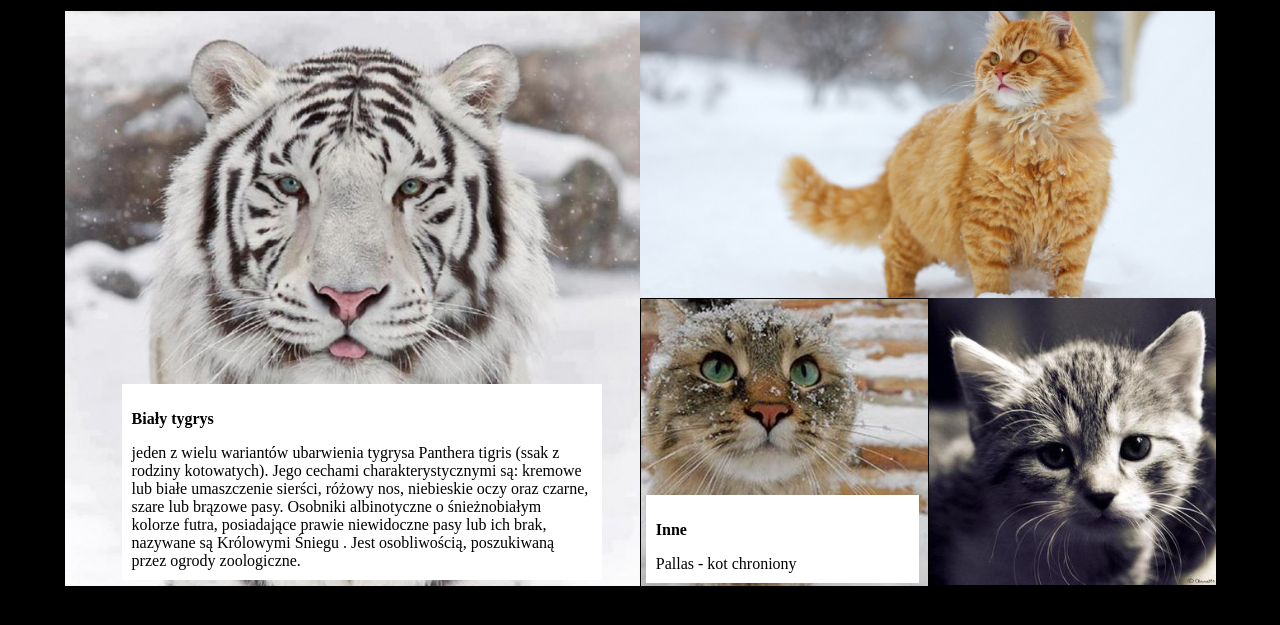
Repository: niebezsensu/Info-Folder
Page: index.html
The author's editor kept a record of every edit. The page is drawn from the files as they stood at one moment, then again after the next edit.
The browser window is 1280 px wide. The pictures show the whole page.
Pictures or frames that could not be fetched are drawn as grey boxes.

Above is the page before.

### index.html
<html>

<head>
    <meta charset="utf-8">
    <title>Multimedia - Quiz</title>
    <link rel="stylesheet" href="css/folder.css" type="text/css" />

</head>

<body>
    <script src="js/jquery-2.1.3.min.js"></script>
    <script src="js/folder.js"></script>
</body>
<div class="container visible">
    <div class="first-spot">
        <div class="box">

        </div>
        <div class="hidden-box">

        </div>
        <div class="content">
            <p><b>Biały tygrys</b></p>
            <span>jeden z wielu wariantów ubarwienia tygrysa Panthera tigris (ssak z rodziny kotowatych). Jego cechami charakterystycznymi są: kremowe lub białe umaszczenie sierści, różowy nos, niebieskie oczy oraz czarne, szare lub brązowe pasy. Osobniki albinotyczne o śnieżnobiałym kolorze futra, posiadające prawie niewidoczne pasy lub ich brak, nazywane są Królowymi Śniegu . Jest osobliwością, poszukiwaną przez ogrody zoologiczne.</span>
        </div>
    </div>
    <div class="second-spot">
        <div class="box">

        </div>
        <div class="hidden-box">

        </div>
        <div class="content">
            <p><b>Kot syberyjski</b></p>
            <span> rasa kota, zaliczana do ras półdługowłosych, pochodząca z Syberii. Zarejestrowana w FIFe dopiero w 1998 roku. Panuje przekonanie, że koty tej rasy nie uczulają ludzi tak jak koty innych ras, ponieważ ich ślina zawiera mniej białka fel d1.</span>
        </div>
    </div>
    <div class="third-spot">
        <div class="box">

        </div>
        <div class="hidden-box">

        </div>
        <div class="content">
            <p><b>Kotek</b></p>
            <span>Słodkie kociaki</span>
        </div>
    </div>
    <div class="fourth-spot">
        <div class="box">

        </div>
        <div class="hidden-box">

        </div>
        <div class="content">
            <p><b>Inne</b></p>
            <span>Pallas - kot chroniony</span>
        </div>
    </div>
    <div id="first-slider"></div>
    <div id="first-slider-content">
        <p><b>Biały tygrys</b></p>
        <span>W naturze tygrysy te żyją jedynie w subtropikalnych lasach Bengalu, w północno-wschodnich Indiach. Nie są one jednak innymi podgatunkami, lecz wariantami kolorystycznymi żyjącego tam podgatunku (Panthera tigris tigris). Rzadziej białe osobniki występują u tygrysa amurskiego (Panthera tigris altaica). Wszystkie białe koty trzymane w ogrodach zoologicznych pochodzą od jednego ojca o imieniu Mohman, którego schwytano w 1820 roku. Rodzicami białych tygrysów mogą być także dwa normalnie ubarwione koty. Jest to jednak możliwe tylko wtedy, jeśli co najmniej jeden[potrzebne źródło] z nich jest nosicielem upośledzonego genu, odpowiedzialnego za wytwarzanie odpowiedniej ilości melaniny.</span>
    </div>
    <div id="second-slider"></div>
    <div id="second-slider-content">
        <p><b>Kot syberyjski</b></p>
        <span>Kot syberyjski to przedstawiciel jednej z naturalnych ras półdługowłosych. Oznacza to, że jego ewolucja przebiegała bez udziału człowieka. Początki rasy datuje się na XVII w., choć niektóre źródła podają nawet XI w. Pochodzi z Syberii i dlatego jest jednym z najczęściej występujących kotów domowych w Rosji. Kot ten został upowszechniony poza Rosją stosunkowo niedawno, na Zachodzie dopiero po upadku ZSRR. </span>
    </div>
    <div id="third-slider"></div>
    <div id="third-slider-content">
        <p><b>Kotek</b></p>
        <span>Słodkie kociaki</span>
    </div>
    <div id="fourth-slider"></div>
    <div id="fourth-slider-content">
        <p><b>Inne koty</b></p>
        <span>Pallas - kot chroniony</span>
    </div>
    <audio id="audio1" src="/audio/mendelssohn_op25_lf_01_molt_etc.mp3"></audio>
    <audio id="audio2" src="/audio/Beethoven.mp3"></audio>
    <audio id="audio3" src="/audio/Mozart.mp3"></audio>
    <audio id="audio4" src="/audio/vivaldi.mp3"></audio>
</div>

</html>

### css/folder.css
html {
    background-color: black;
}

.container{
    width: 1400px;
    height: 700px;
    margin: 10px auto;
    background-color: grey;
    overflow:hidden;
    position: relative;
    cursor: pointer;
}

.first-spot{
    width: 50%;
    height: 100%;

    overflow:hidden;
    float: left;
    position:relative;
}
.first-spot .box{
    border: 1px solid black;
    display:none;
    position:absolute;
    left: 0px;
    width: 100%;
    height: 100%;
    background-image: url("/images/white-siberian.jpg");
    background-size: 100% 100%;
}

.first-spot .hidden-box{
    border: 1px solid black;
    position:absolute;
    left: 0px;
    width: 100%;
    height: 100%;
    background-image: url("/images/white-siberian.jpg");
    background-size: 100% 100%;
    opacity: 0.3;
}

.first-spot .content{
    display:none;
    position: absolute;
    width: 80%;
    bottom: 1%;
    left: 10%;
    background-color: white;
    padding: 10px;
}


.second-spot{
    width: 50%;
    height: 50%;

    float: right;

    overflow:hidden;
    position:relative;
}

.second-spot .box{
    position:absolute;
    right: 0px;
    width: 100%;
    height: 100%;
    background-image: url("/images/red-siberian.jpg");
    background-size: 100% 100%;
    border: 1px solid black;
}

.second-spot .hidden-box{
    position:absolute;
    right: 0px;
    width: 100%;
    height: 100%;
    background-image: url("/images/red-siberian.jpg");
    background-size: 100% 100%;
    border: 1px solid black;
    opacity: 0.3;
}

.second-spot .content{
    display:none;
    position: absolute;
    width: 32%;
    top: 2%;
    left: 1%;
    background-color: white;
    padding: 10px;
}

.third-spot{
    width: 25%;
    height: 50%;

    float: right;

    overflow:hidden;
    position:relative;

}

.third-spot .box{
    border: 1px solid black;
    display:none;
    position:absolute;
    bottom: 0px;
    width: 100%;
    height: 100%;
    background-image: url("/images/small-cat.jpeg");
    background-size: 100% 100%;
}

.third-spot .hidden-box{
    border: 1px solid black;
    position:absolute;
    bottom: 0px;
    width: 100%;
    height: 100%;
    background-image: url("/images/small-cat.jpeg");
    background-size: 100% 100%;
    opacity: 0.3;
}

.third-spot .content{
    position: absolute;
    width: 19%;
    bottom: 3%;
    left: 3%;
    background-color: white;
    padding: 10px;
    display:none;
}


.fourth-spot{
    width: 25%;
    height: 50%;

    float: right;

    overflow:hidden;
    position:relative;
}

.fourth-spot .box{

    position:absolute;
    left: 0px;
    width: 100%;
    height: 100%;
    background-image: url("/images/snow-cat.jpg");
    background-size: 100% 100%;
    border: 1px solid black;
}

.fourth-spot .hidden-box{
    position:absolute;
    left: 0px;
    width: 100%;
    height: 100%;
    background-image: url("/images/snow-cat.jpg");
    background-size: 100% 100%;
    border: 1px solid black;
    opacity: 0.3;
}

.fourth-spot .content{

    position: absolute;
    width: 88%;
    bottom: 1%;
    left: 2%;
    background-color: white;
    padding: 10px;
    display:none;
}

.hidden div{
    opacity: 0.5;
}

#first-slider{
    right: 0px;
    display:none;
    position: absolute;
    width: 100%;
    height: 100%;
    background-image: url("/images/tigers.jpg");
    background-size: 100% 100%;
}
#first-slider-content{
    top: 70%;
    right: 0px;
    display:none;
    position: absolute;
    width: 100%;
    height: 150px;
    background-color: white;
}
#second-slider{
    right: 0px;
    display:none;
    position: absolute;
    width: 100%;
    height: 100%;
    background-image: url("/images/siberians.jpg");
    background-size: 100% 100%;
}
#second-slider-content{
    top: 70%;
    right: 0px;
    display:none;
    position: absolute;
    width: 100%;
    height: 115px;
    background-color: white;
}
#third-slider{
    right: 0px;
    display:none;
    position: absolute;
    width: 100%;
    height: 100%;
    background-image: url("/images/kittens.jpg");
    background-size: 100% 100%;
}
#third-slider-content{
    top: 70%;
    right: 0px;
    display:none;
    position: absolute;
    width: 100%;
    height: 100px;
    background-color: white;
}
#fourth-slider{
    right: 0px;
    display:none;
    position: absolute;
    width: 100%;
    height: 100%;
    background-image: url("/images/Pallas_cat.JPG");
    background-size: 100% 100%;
}
#fourth-slider-content{
    top: 70%;
    right: 0px;
    display:none;
    position: absolute;
    width: 100%;
    height: 100px;
    background-color: white;
}

### js/folder.js
$(document).ready(function() {

    $(window).on('resize', function() {
        var pageHeight = $(window).height();
        var pageWidth = $(window).width();
        if (pageWidth > 2000) {
            pageWidth = 2000;
        }
        $('.container').css('width', pageWidth * 9 / 10)
        $('.container').css('height', (pageWidth / 2) * 9 / 10)
    });
    var pageHeight = $(window).height();
    var pageWidth = $(window).width();
    if (pageWidth > 2000) {
        pageWidth = 2000;
    }
    $('.container').css('width', pageWidth * 9 / 10)
    $('.container').css('height', (pageWidth / 2) * 9 / 10)


    var sliderRight = $('.container').width();
    $('#first-slider').css('right', sliderRight);
    $('#first-slider').show();
    $('#first-slider-content').css('right', sliderRight);
    $('#second-slider').css('right', sliderRight);
    $('#second-slider').show();
    $('#second-slider-content').css('right', sliderRight);
    $('#third-slider').css('right', sliderRight);
    $('#third-slider').show();
    $('#third-slider-content').css('right', sliderRight);
    $('#fourth-slider').css('right', sliderRight);
    $('#fourth-slider').show();
    $('#fourth-slider-content').css('right', sliderRight);

    var firstSpotBoxRight = $(".first-spot").width();
    $(".first-spot .box").css('left', firstSpotBoxRight);
    $(".first-spot .box").show();
    $(".first-spot .box").animate({
        left: 0
    }, 200, "linear", function() {});

    $('.first-spot .content').toggle(1000);

    var secondSpotBoxTop = $(".second-spot").width();
    $(".second-spot .box").css('right', secondSpotBoxTop);
    $(".second-spot .box").show();
    $(".second-spot .box").animate({
        right: 0
    }, 200, "linear", function() {});

    $('.second-spot .content').toggle(1000);

    var thirdSpotBoxTop = $(".third-spot").width();
    $(".third-spot .box").css('bottom', thirdSpotBoxTop);
    $(".third-spot .box").show();
    $(".third-spot .box").animate({
        bottom: 0
    }, 200, "linear", function() {});

    $('.second-spot .content').toggle(1000);

    var fourthSpotBoxTop = $(".fourth-spot").width();
    $(".fourth-spot .box").css('left', fourthSpotBoxTop);
    $(".fourth-spot .box").show();
    $(".fourth-spot .box").animate({
        left: 0
    }, 200, "linear", function() {});

    $('.fourth-spot .content').toggle(1000);



    $(".first-spot").on('click', function() {
        $("#first-slider").animate({
            right: 0
        }, 500, "linear", function() {
            $(".first-spot .box").css('left', firstSpotBoxRight);
            $(".second-spot .box").css('right', secondSpotBoxTop);
            $(".third-spot .box").css('bottom', thirdSpotBoxTop);
            $(".fourth-spot .box").css('left', fourthSpotBoxTop);
            $('.first-spot .content').toggle(300);
            $('.second-spot .content').toggle(300);
            $('.third-spot .content').toggle(300);
            $('.fourth-spot .content').toggle(300);

            $('#audio1').get(0).play();
        });

        $('#first-slider-content').show();
        $('#first-slider-content').animate({
            right: 0
        }, 1000, "linear", function() {
        });
    });

    $(".second-spot").on('click', function() {
        $("#second-slider").animate({
            right: 0
        }, 500, "linear", function() {
            $(".first-spot .box").css('left', firstSpotBoxRight);
            $(".second-spot .box").css('right', secondSpotBoxTop);
            $(".third-spot .box").css('bottom', thirdSpotBoxTop);
            $(".fourth-spot .box").css('left', fourthSpotBoxTop);
            $('.first-spot .content').toggle(300);
            $('.second-spot .content').toggle(300);
            $('.third-spot .content').toggle(300);
            $('.fourth-spot .content').toggle(300);

            $('#audio3').get(0).play();
        });

        $('#second-slider-content').show();
        $('#second-slider-content').animate({
            right: 0
        }, 1000, "linear", function() {
        });
    });

    $(".third-spot").on('click', function() {
        $("#third-slider").animate({
            right: 0
        }, 500, "linear", function() {
            $(".first-spot .box").css('left', firstSpotBoxRight);
            $(".second-spot .box").css('right', secondSpotBoxTop);
            $(".third-spot .box").css('bottom', thirdSpotBoxTop);
            $(".fourth-spot .box").css('left', fourthSpotBoxTop);
            $('.first-spot .content').toggle(300);
            $('.second-spot .content').toggle(300);
            $('.third-spot .content').toggle(300);
            $('.fourth-spot .content').toggle(300);

            $('#audio4').get(0).play();
        });

        $('#third-slider-content').show();
        $('#third-slider-content').animate({
            right: 0
        }, 1000, "linear", function() {
        });
    });

    $(".fourth-spot").on('click', function() {
        $("#fourth-slider").animate({
            right: 0
        }, 500, "linear", function() {
            $(".first-spot .box").css('left', firstSpotBoxRight);
            $(".second-spot .box").css('right', secondSpotBoxTop);
            $(".third-spot .box").css('bottom', thirdSpotBoxTop);
            $(".fourth-spot .box").css('left', fourthSpotBoxTop);
            $('.first-spot .content').toggle(300);
            $('.second-spot .content').toggle(300);
            $('.third-spot .content').toggle(300);
            $('.fourth-spot .content').toggle(300);

            $('#audio2').get(0).play();
        });

        $('#fourth-slider-content').show();
        $('#fourth-slider-content').animate({
            right: 0
        }, 1000, "linear", function() {
        });
    });


    $("#first-slider").on('click', function() {
        $('#first-slider').css('right', sliderRight);
        $('#first-slider-content').css('right', sliderRight);
        $('#first-slider-content').hide();

        $(".first-spot .box").animate({
            left: 0
        }, 200, "linear", function() {});
        $(".second-spot .box").animate({
            right: 0
        }, 200, "linear", function() {});
        $(".third-spot .box").animate({
            bottom: 0
        }, 200, "linear", function() {});
        $(".fourth-spot .box").animate({
            left: 0
        }, 200, "linear", function() {});

        $('.first-spot .content').toggle(300);
        $('.second-spot .content').toggle(300);
        $('.third-spot .content').toggle(300);
        $('.fourth-spot .content').toggle(300);

        $('#audio1').get(0).pause();
        $('#audio1').get(0).currentTime = 0;
    });

    $("#second-slider").on('click', function() {
        $('#second-slider').css('right', sliderRight);
        $('#second-slider-content').css('right', sliderRight);
        $('#second-slider-content').hide();

        $(".first-spot .box").animate({
            left: 0
        }, 200, "linear", function() {});
        $(".second-spot .box").animate({
            right: 0
        }, 200, "linear", function() {});
        $(".third-spot .box").animate({
            bottom: 0
        }, 200, "linear", function() {});
        $(".fourth-spot .box").animate({
            left: 0
        }, 200, "linear", function() {});

        $('.first-spot .content').toggle(300);
        $('.second-spot .content').toggle(300);
        $('.third-spot .content').toggle(300);
        $('.fourth-spot .content').toggle(300);

        $('#audio3').get(0).pause();
        $('#audio3').get(0).currentTime = 0;
    });

    $("#third-slider").on('click', function() {
        $('#third-slider').css('right', sliderRight);
        $('#third-slider-content').css('right', sliderRight);
        $('#third-slider-content').hide();


        $(".first-spot .box").animate({
            left: 0
        }, 200, "linear", function() {});
        $(".second-spot .box").animate({
            right: 0
        }, 200, "linear", function() {});
        $(".third-spot .box").animate({
            bottom: 0
        }, 200, "linear", function() {});
        $(".fourth-spot .box").animate({
            left: 0
        }, 200, "linear", function() {});

        $('.first-spot .content').toggle(300);
        $('.second-spot .content').toggle(300);
        $('.third-spot .content').toggle(300);
        $('.fourth-spot .content').toggle(300);

        $('#audio4').get(0).pause();
        $('#audio4').get(0).currentTime = 0;
    });

    $("#fourth-slider").on('click', function() {
        $('#fourth-slider').css('right', sliderRight);
        $('#fourth-slider-content').css('right', sliderRight);
        $('#fourth-slider-content').hide();


        $(".first-spot .box").animate({
            left: 0
        }, 200, "linear", function() {});
        $(".second-spot .box").animate({
            right: 0
        }, 200, "linear", function() {});
        $(".third-spot .box").animate({
            bottom: 0
        }, 200, "linear", function() {});
        $(".fourth-spot .box").animate({
            left: 0
        }, 200, "linear", function() {});

        $('.first-spot .content').toggle(300);
        $('.second-spot .content').toggle(300);
        $('.third-spot .content').toggle(300);
        $('.fourth-spot .content').toggle(300);

        $('#audio2').get(0).pause();
        $('#audio2').get(0).currentTime = 0;
    });
});

Loaded but not shown: js/jquery-2.1.3.min.js (library)

After the next edit:
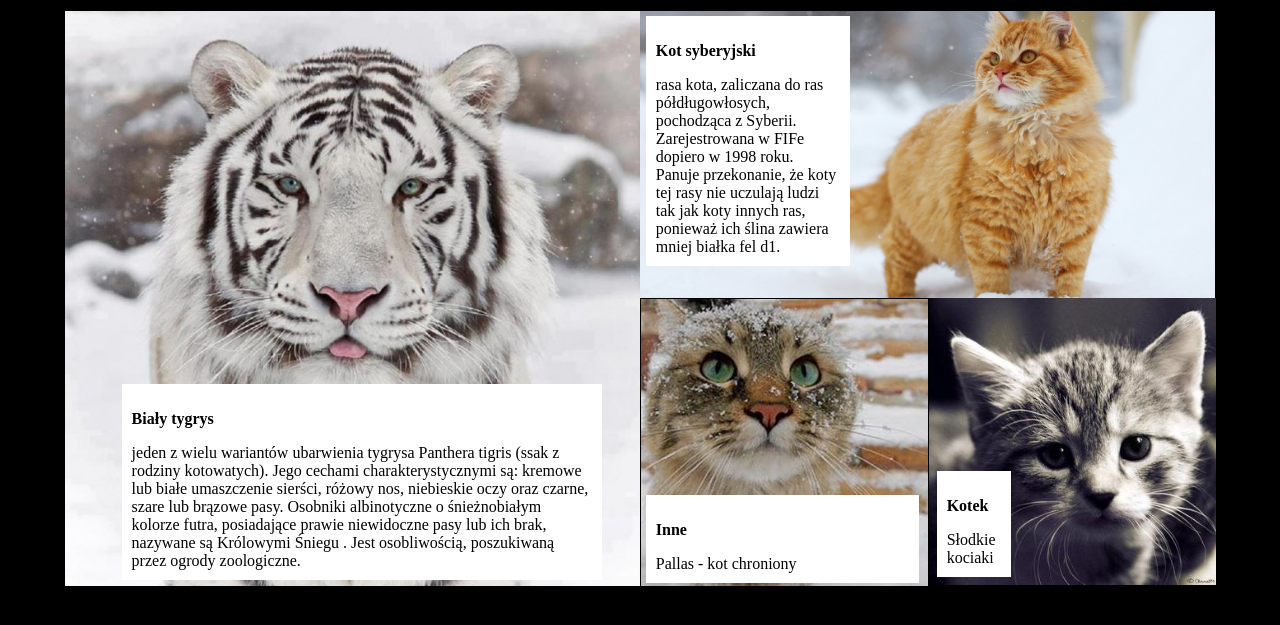
The edit:
--- a/js/folder.js
+++ b/js/folder.js
@@ -57,7 +57,7 @@
         bottom: 0
     }, 200, "linear", function() {});
 
-    $('.second-spot .content').toggle(1000);
+    $('.third-spot .content').toggle(1000);
 
     var fourthSpotBoxTop = $(".fourth-spot").width();
     $(".fourth-spot .box").css('left', fourthSpotBoxTop);
